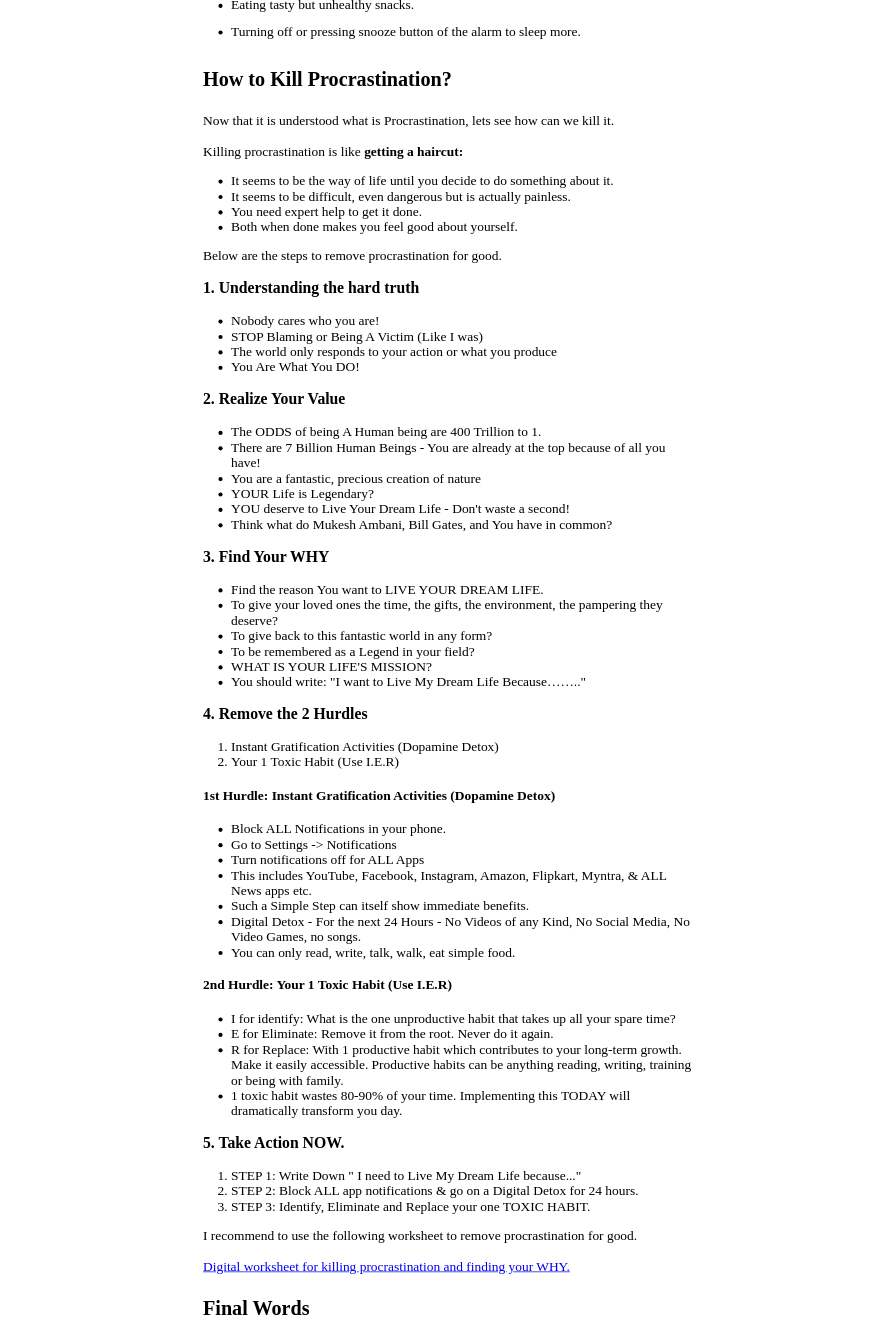
Repository: PuneetP16/Portfolio
Page: killing_procrastination.html
The author's editor kept a copy of each file at every save. The page is drawn from the files as they stood at one save, then again after the next save.
The browser window is 1280 px wide. The pictures show the part of the page from y = 1609 to 3529 px (the page is 4193 px tall before and 4918 px after), at 70% of full size.
Some web fonts or font styles are not loaded; a fallback is used.

Above is the page before, as saved 2021-12-10 03:45:16.

After the next save:
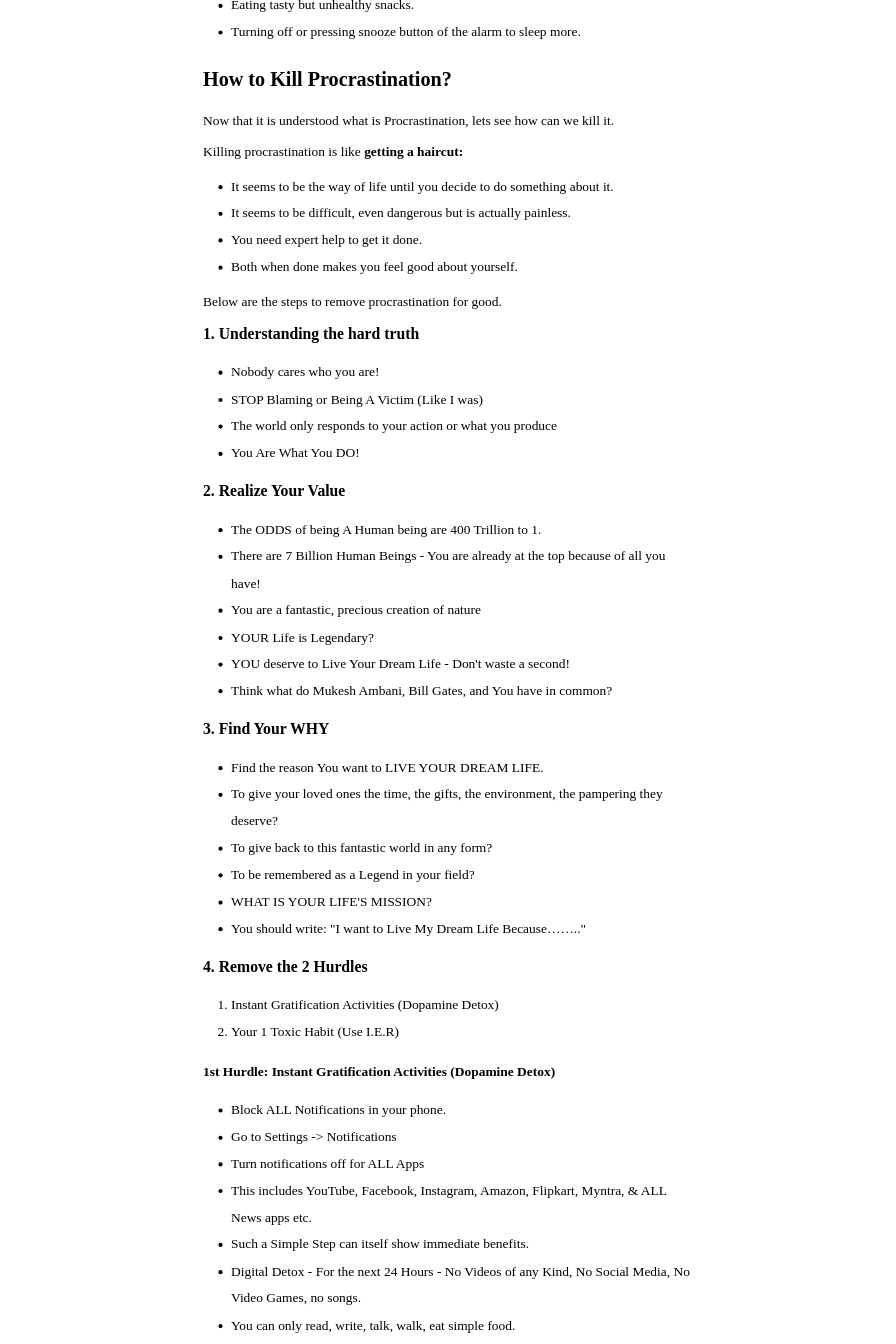
Saved 3 min 23 s later.
--- a/killing_procrastination.html
+++ b/killing_procrastination.html
@@ -46,7 +46,7 @@
       <h2 class="blog-h2">How to Kill Procrastination?</h2>
       Now that it is understood what is Procrastination, lets see how can we kill it.<br><br>
       Killing procrastination is like <strong> getting a haircut:</strong> <br>
-      <ul>
+      <ul style="line-height: 2">
         <li>It seems to be the way of life until you decide to do something about it.</li>
         <li>It seems to be difficult, even dangerous but is actually painless.</li>
         <li>You need expert help to get it done.</li>
@@ -54,7 +54,7 @@
       </ul>
       Below are the steps to remove procrastination for good.
       <h3>1. Understanding the hard truth </h3>
-      <ul>
+      <ul style="line-height: 2">
         <li>Nobody cares who you are!</li>
         <li>STOP Blaming or Being A Victim (Like I was) </li>
         <li>The world only responds to your action or what you produce</li>
@@ -62,7 +62,7 @@
       </ul>
 
       <h3>2. Realize Your Value</h3>
-      <ul>
+      <ul style="line-height: 2">
         <li>The ODDS of being A Human being are 400 Trillion to 1. </li>
         <li>There are 7 Billion Human Beings - You are already at the top because of all you have!</li>
         <li>You are a fantastic, precious creation of nature</li>
@@ -72,7 +72,7 @@
       </ul>
 
       <h3>3. Find Your WHY </h3>
-      <ul>
+      <ul style="line-height: 2">
         <li>Find the reason You want to LIVE YOUR DREAM LIFE.</li>
         <li>To give your loved ones the time, the gifts, the environment, the pampering they deserve?</li>
         <li>To give back to this fantastic world in any form?</li>
@@ -82,13 +82,13 @@
       </ul>
 
       <h3>4. Remove the 2 Hurdles</h3>
-      <ol>
+      <ol style="line-height: 2">
         <li>Instant Gratification Activities (Dopamine Detox)</li>
         <li>Your 1 Toxic Habit (Use I.E.R)</li>
       </ol>
 
       <h4>1st Hurdle: Instant Gratification Activities (Dopamine Detox)</h4>
-      <ul>
+      <ul style="line-height: 2">
         <li>Block ALL Notifications in your phone.</li>
         <li>Go to Settings -> Notifications</li>
         <li>Turn notifications off for ALL Apps</li>
@@ -99,7 +99,7 @@
       </ul>
 
       <h4>2nd Hurdle: Your 1 Toxic Habit (Use I.E.R)</h4>
-      <ul>
+      <ul style="line-height: 2">
         <li>I for identify: What is the one unproductive habit that takes up all your spare time?</li>
         <li>E for Eliminate: Remove it from the root. Never do it again.</li>
         <li>R for Replace: With 1 productive habit which contributes to your long-term growth. Make it easily accessible. Productive habits can be anything reading, writing, training or being with family.</li>
@@ -107,7 +107,7 @@
       </ul>
 
       <h3>5. Take Action NOW.</h3>
-      <ol>
+      <ol style="line-height: 2">
         <li>STEP 1: Write Down " I need to Live My Dream Life because..."</li>
         <li>STEP 2: Block ALL app notifications & go on a Digital Detox for 24 hours.</li>
         <li>STEP 3: Identify, Eliminate and Replace your one TOXIC HABIT. </li>
